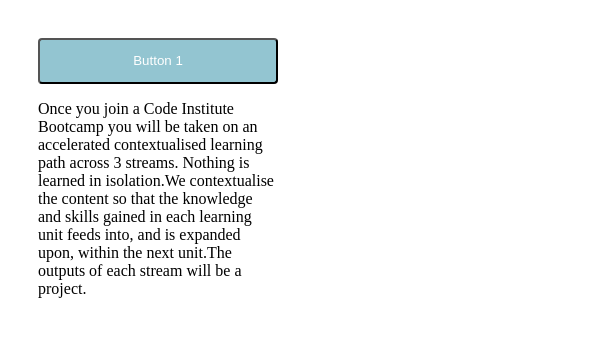
Repository: woodfordtim/method_chaining
Page: button.html
The author's editor kept a record of every edit. The page is drawn from the files as they stood at one moment, then again after the next edit.
The browser window is 600 px wide. The pictures show the whole page.
Some web libraries are served in a nearby version.

Above is the page before.

### button.html
<!doctype html>
<html lang="en">
<head>
	<meta charset="utf-8">
	<meta name="viewport" content="width=device-width, initial-scale=1">
	<title>jQuery</title>
	<link href="css/style.css" rel="stylesheet">
</head>
<body>
	<div id="container">
		<div class='card'>
			<button id='button1'  class="bottom_button makeRed">Button 1</button>
			<p id='para1' class="card_para">Once you join a Code Institute Bootcamp you will be taken on an accelerated contextualised learning path across 3 streams. Nothing is learned in isolation.We contextualise the content so that the knowledge and skills gained in each learning unit feeds into, and is expanded upon, within the next unit.The outputs of each stream will be a project. </p>
		</div>
	</div>
	<script src="https://code.jquery.com/jquery-3.2.1.js"
	integrity="sha256-DZAnKJ/6XZ9si04Hgrsxu/8s717jcIzLy3oi35EouyE="
	crossorigin="anonymous"></script>
	<script src="js/script.js"></script> <!-- Scripts located at the bottom of the body to insure page is fully loaded before execution -->

</body>
</html>

### css/style.css
#container
{
	display: flex;		/* makes container a flexbox*/
	flex-flow: row wrap; 	/* layout the boxes in rows and wrap them*/
	box-sizing:border-box;
	margin-right:auto;
	margin-left:auto;
	max-width:1050px;
}
.bottom_button{
	display: flex;
	box-sizing:border-box;
	border-radius: 4px;
	display: block;
	width: 100%;
	background-color:rgba(129, 187, 201,.85);
	text-align: center;
	padding: 1em .75em;
	text-decoration: none;
	color: #fff;

}

.card_bottom{
	display: flex;
	flex-flow:column;
}

.card{
	flex:1; /* */
	display: flex;	/* make the contents controllable by flexbox*/
	flex-flow:column;	/* */
	max-width: 240px; /**/
	margin: 10px;
	padding: 20px;
	background-color: #fff;
}


/*************************
Navigation
**************************/


.underline{
  text-decoration:underline;
}
.border{
  border: solid 5px #ccc;
}

### js/script.js
$(document).ready(function() {

    $("button").mouseenter(function(){
        $(this).removeClass("makeRed").addClass("makeBorder");
    });

    $("button").mouseleave(function(){
        $("button").removeClass("makeBorder").addClass("makeRed");
    });

});

After the next edit:
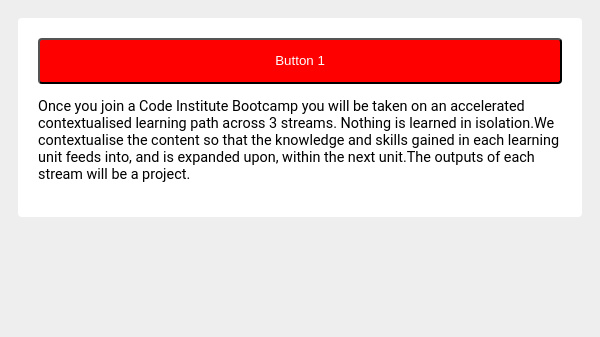
The edit:
--- a/css/style.css
+++ b/css/style.css
@@ -1,11 +1,29 @@
-#container
-{
-	display: flex;		/* makes container a flexbox*/
-	flex-flow: row wrap; 	/* layout the boxes in rows and wrap them*/
-	box-sizing:border-box;
-	margin-right:auto;
-	margin-left:auto;
-	max-width:1050px;
+body{
+	font-family: 'Roboto', sans-serif;
+	/*background-image: url(img/code-institute.jpg);
+ 	background-size: cover;
+ 	color: #ffffff;*/
+ 	background-color: #eee;
+}
+
+h1{
+	font-size: 3em;
+	text-align: center;
+}
+h2{
+	font-size: 1em;
+	text-align: left;
+}
+p{
+	font-size: .9rem;
+}
+
+div{
+	border-radius: 4px;
+}
+
+.card_image{
+	width: 100%;
 }
 .bottom_button{
 	display: flex;
@@ -25,22 +43,92 @@
 	display: flex;
 	flex-flow:column;
 }
+.card_head{
+	flex:0;
+}
+.card_para{
+	flex:1 0 auto;
+}
+
+#container
+{
+	display: flex;		/* makes container a flexbox*/
+	flex-flow: row wrap; 	/* layout the boxes in rows and wrap them*/
+	box-sizing:border-box;
+	margin-right:auto;
+	margin-left:auto;
+	max-width:1050px;
+}
+#logo{
+	width: 800px;
+	margin: auto;
+}
 
 .card{
 	flex:1; /* */
 	display: flex;	/* make the contents controllable by flexbox*/
 	flex-flow:column;	/* */
-	max-width: 240px; /**/
+	min-width: 240px; /**/
 	margin: 10px;
 	padding: 20px;
 	background-color: #fff;
 }
+.highlight_stream{
+	background-color: #EB5255;
+}
 
+#my_footer{
+	width:100%;
+	text-align: center;
+}
+#copyright{
+	margin-top:10px;
+	margin-bottom:10px;
+
+}
 
 /*************************
 Navigation
 **************************/
 
+nav{
+	font-family: roboto;
+	background-color: #eee;
+	margin: 30px auto;
+	width: 100%;
+}
+ul{
+	display: flex;
+	justify-content:space-between;
+	flex-flow: row;
+	/*flex-flow: row-reverse;*/
+	/*justify-content:flex-end;*/
+	/*justify-content:space-around;*/
+	/*align-items:flex-start;*/
+	align-items:baseline;
+	border-radius: 10px;
+	list-style-type: none; /*Remove Bullets*/
+	padding: 0;
+}
+li{
+	flex:1;
+	height: 30px;
+	/*width:10%;*/
+	/*border:2px solid #000;*/
+	/*background-color: #81BBC9;*/
+	/*border-radius: 10px;*/
+	font-family: Dosis;
+	padding:20px 20px 20px 20px;
+	text-align: center;
+	font-size: 1.3em;
+}
+
+#logoNav{
+	flex:6;
+	text-align: left;
+	font-size: 2em;
+	font-weight: bold;
+}
 
 .underline{
   text-decoration:underline;
@@ -48,3 +136,22 @@
 .border{
   border: solid 5px #ccc;
 }
+
+
+@media screen and (max-width: 700px){
+	ul{
+		flex-flow: column;
+		align-items:center;
+	}
+	li{
+		font-size: 2em;
+	}
+}
+
+.makeRed{
+	background-color: red;
+}
+
+.makeBorder{
+	border:2px;
+}
